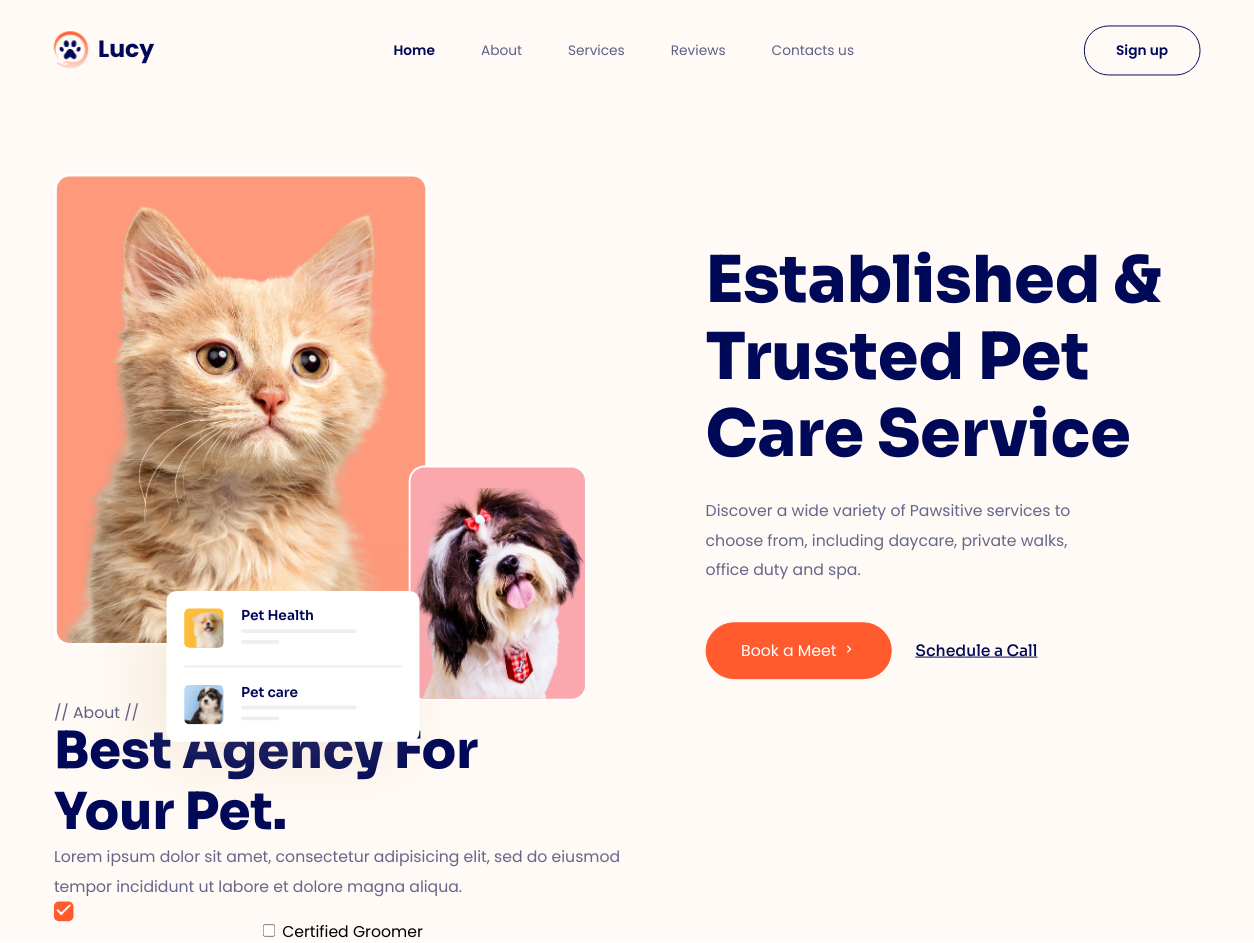
Repository: Cuongquaidan/F8projeact-04
Page: index.html
An editor plug-in stored every save of this project. The page is shown before and after the next save, followed by the edit.
The browser window is 1280 px wide. The pictures show the whole page, at 98% of full size.

Above is the page before, as saved 2023-04-15 13:05:14.

After the next save:
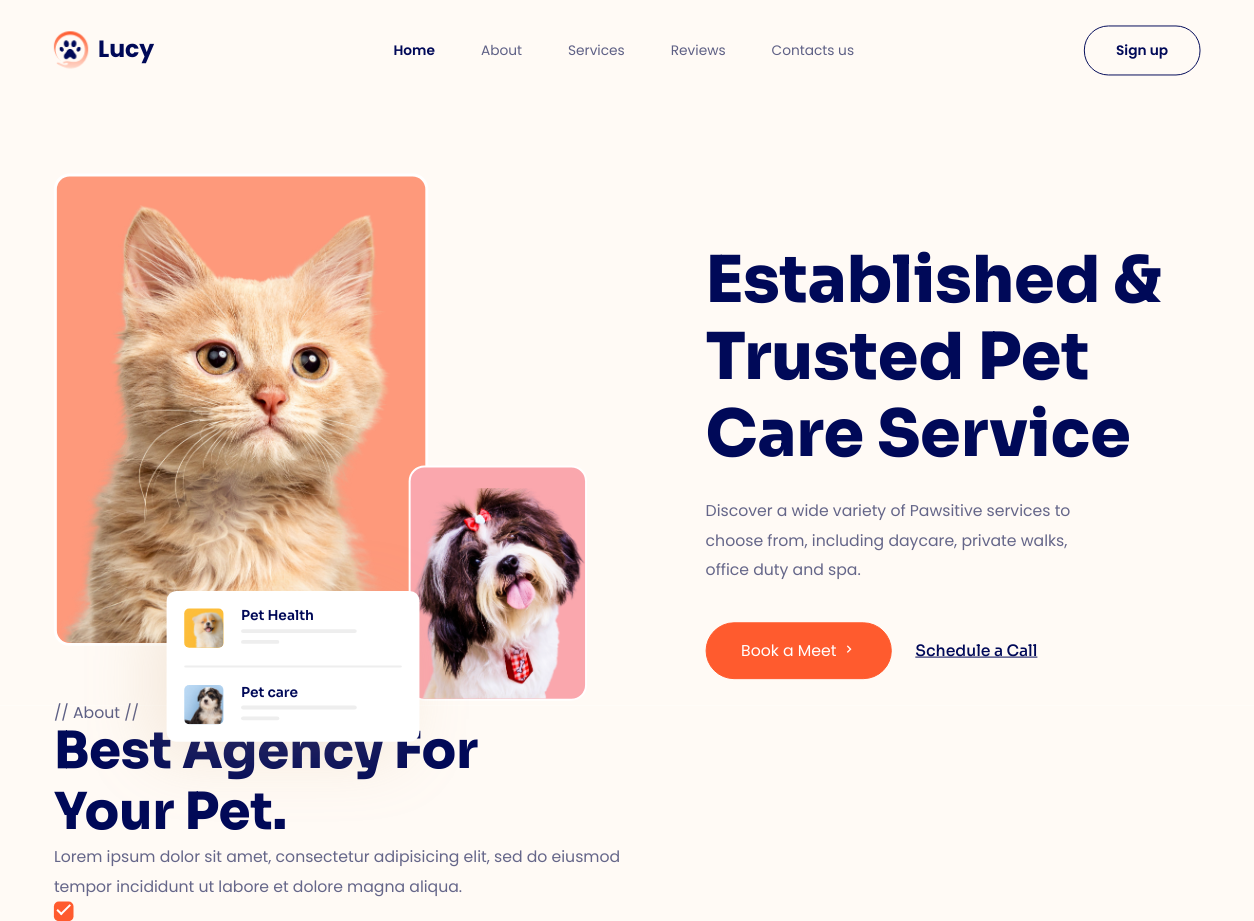
Saved 81 s later.
--- a/index.html
+++ b/index.html
@@ -133,8 +133,7 @@
                             <div class="about__fake-check">
                                 <div class="about__stick"></div>
                             </div>
-                            <input type="checkbox" name="Certified Groomer" id="Certified Groomer">
-                            <label for="Certified Groomer">Certified Groomer</label>
+                            <p class="about__name-check"></p>
                         </div>
                     </div>
                     <div class="about__media">
